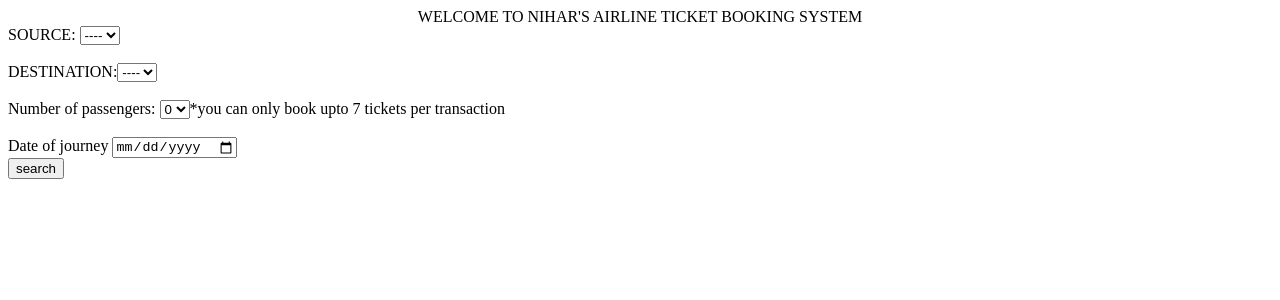
Repository: nihargowda/phase2project
Page: http://localhost/AirAway/
An editor plug-in stored every save of this project. The page is shown before and after the next save, followed by the edit.
The browser window is 1280 px wide. The pictures show the whole page.
The page is served by Tomcat 9. Queries for data that is not in the repository find no rows.

Above is the page before, as saved 2020-11-17 17:58:19.

After the next save:
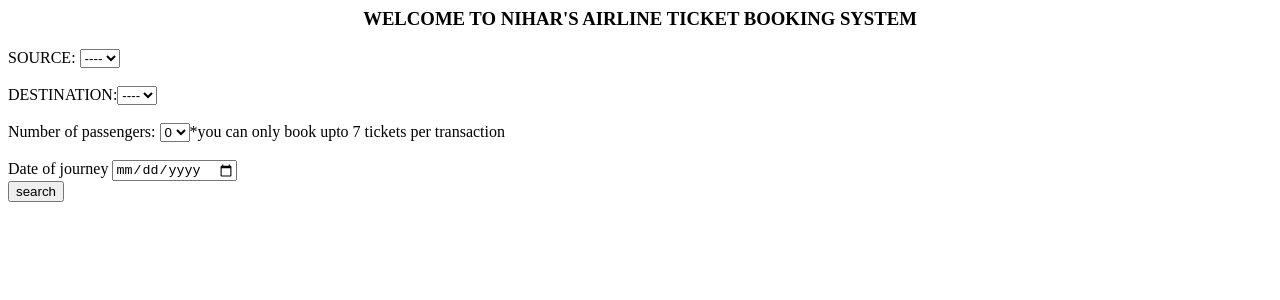
Saved 26 s later.
--- a/AirAway/src/main/webapp/index.jsp
+++ b/AirAway/src/main/webapp/index.jsp
@@ -6,7 +6,7 @@
 <%@page import="java.sql.Connection"%>
 <html>
 
-<center>WELCOME TO NIHAR'S AIRLINE TICKET BOOKING SYSTEM</center>
+<h3><center>WELCOME TO NIHAR'S AIRLINE TICKET BOOKING SYSTEM</center></h3>
 
 <form action="/AirAway/FlightSearch"  method="post"  >
 
